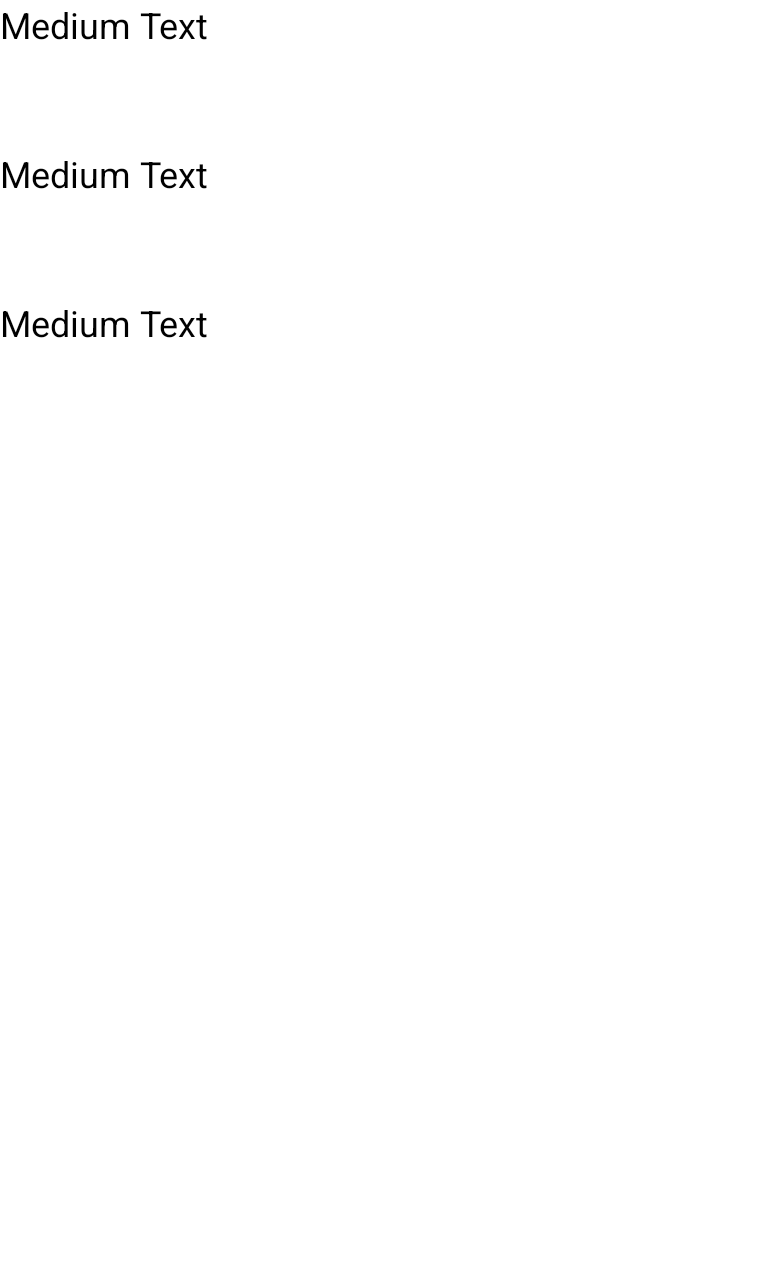
Repository: ankitC/taskmon
Layout: taskmon/res/layout/activity_set_reserve.xml
These files come from the project's save history. The layout is drawn as it stood at one moment and after the next save; the edit follows.
It is drawn on a 768 x 1280 px phone screen (xhdpi) without system bars, with theme AppTheme; the app's code is not run.

Above is the layout before, as saved 2013-10-07 02:12:09.

After the next save:
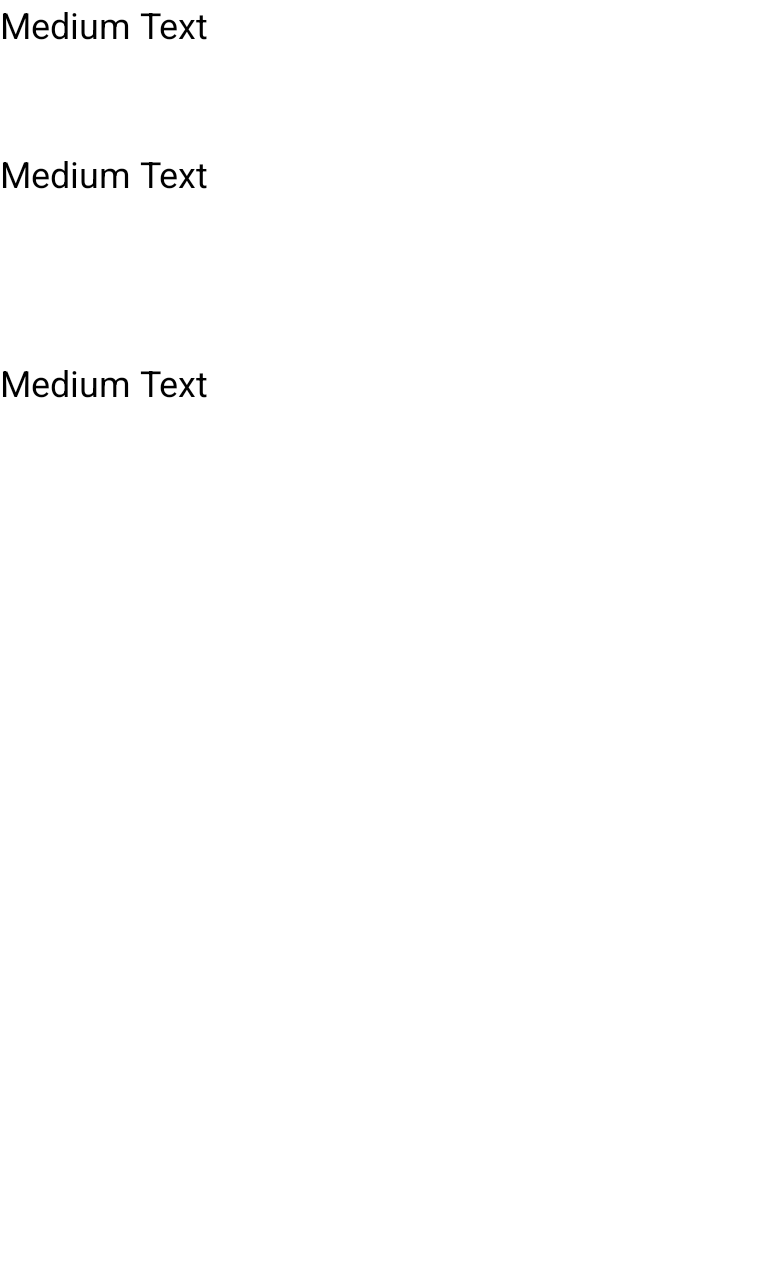
Saved 24 s later.
--- a/taskmon/res/layout/activity_set_reserve.xml
+++ b/taskmon/res/layout/activity_set_reserve.xml
@@ -27,8 +27,10 @@
         android:layout_height="wrap_content"
         android:layout_alignParentLeft="true"
         android:layout_below="@+id/textView2"
-        android:layout_marginTop="50dp"
+        android:layout_marginTop="80dp"
         android:text="Medium Text"
         android:textAppearance="?android:attr/textAppearanceMedium" />
 
+
+
 </RelativeLayout>
